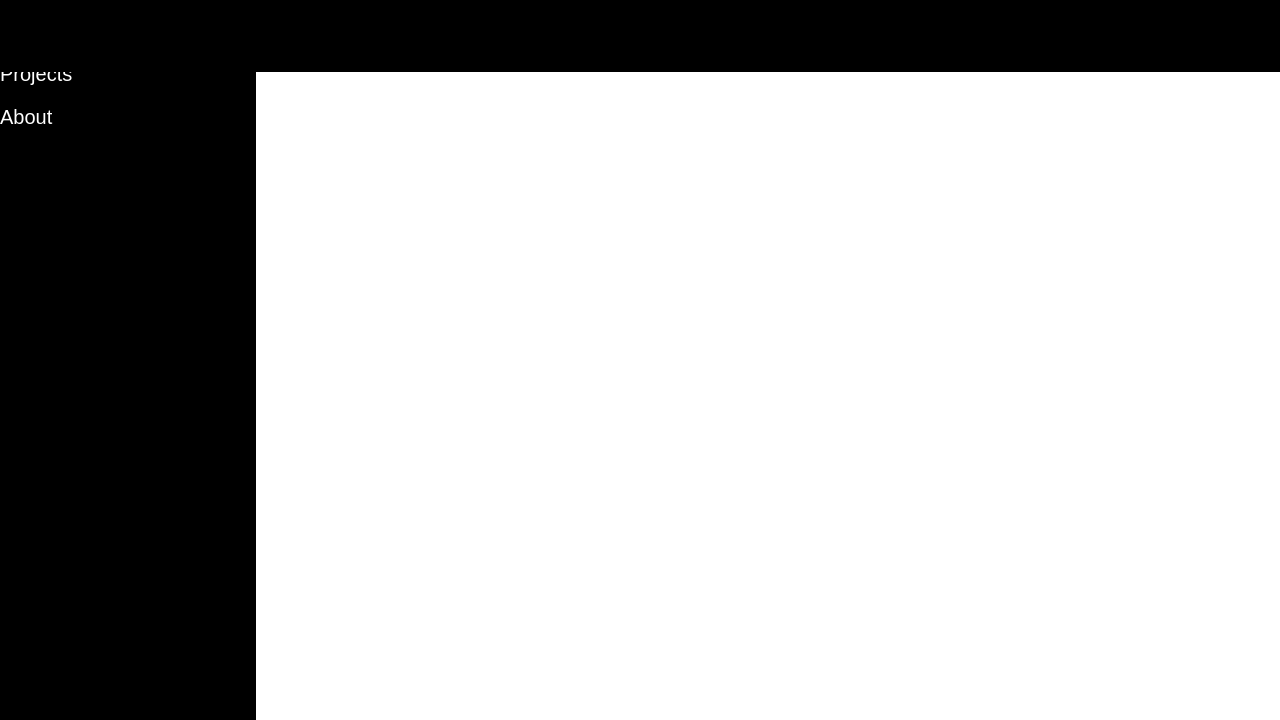
Repository: josephinel6/josephinel6.github.io
Page: index.html
These files come from the project's save history. The page is drawn as it stood at one moment and after the next save; the edit follows.
The browser window is 1280 px wide. The pictures show the whole page.

Above is the page before, as saved 2023-04-04 10:34:38.

### index.html
<!DOCTYPE html>
<html>

<head>
    <style>
        :root.light {
            --color-bg: white;
            --color-menu-text: black;
        }

        :root.dark {
            --color-bg: black;
            --color-menu-text: white;
        }

        /* :root {
            --color-bg: black;
        } */

        html,
        body {
            height: 100%;
            width: 100%;
            margin: 0;
            padding: 0;
        }

        #menu {
            height: 100%;
            width: 20%;
            position: absolute;
            background-color: var(--color-bg);
        }

        #topbar {
            width: 100%;
            height: 10%;
            position: absolute;
            background-color: var(--color-bg);
        }

        .menutext {
            color: var(--color-menu-text);
            font-family: sans-serif;
            font-size: 20px;
        }
    </style>
    <script type="module" src="https://cdn.jsdelivr.net/gh/zerodevx/zero-md@2/dist/zero-md.min.js"></script>
</head>

<body>
    <div id="menu">
        <div>
            <p class="menutext"> Home </p>
            <p class="menutext"> Projects </p>
            <p class="menutext"> About </p>
        </div>
    </div>
    <div id="topbar">

    </div>
    <script>
        window.onload = function () {
            document.documentElement.classList.remove("light")
            document.documentElement.classList.add("dark")
            window.localStorage.setItem('mode', 'dark');
            console.log("dark")
        }

        function openpage(pageName, elmnt) {
            var i, tabcontent, tablinks;
            tabcontent = document.getElementsByClassName("tabcontent");
            for (i = 0; i < tabcontent.length; i++) {
                tabcontent[i].style.display = "none";
            }
            tablinks = document.getElementsByClassName("tablink");
            for (i = 0; i < tablinks.length; i++) {
                tablinks[i].style.backgroundColor = "";
            }
            document.getElementById(pageName).style.display = "block";

            document.body.scrollTop = 0;
            document.documentElement.scrollTop = 0;
            console.log("ducks")
        }
    </script>

</body>

</html>

After the next save:
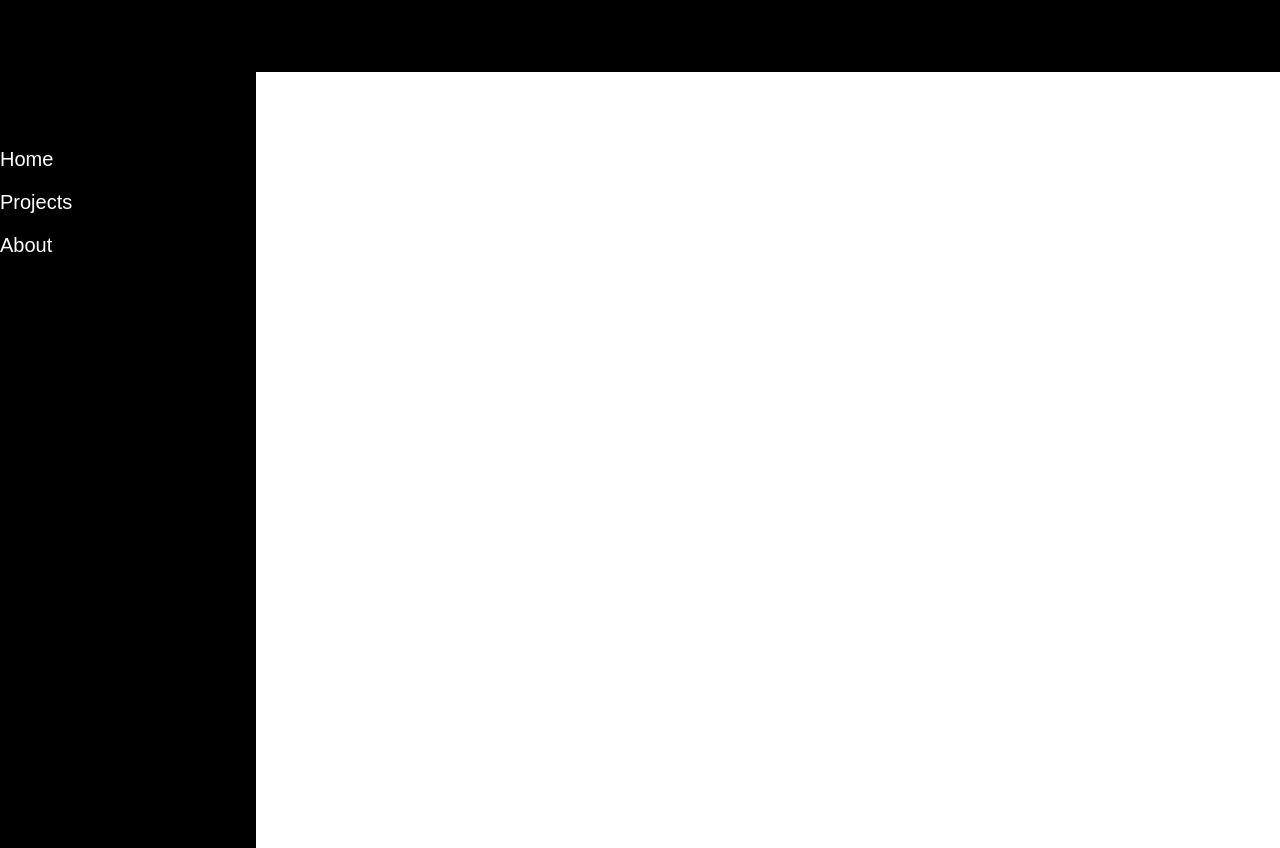
Saved 2 min 27 s later.
--- a/index.html
+++ b/index.html
@@ -49,7 +49,7 @@
 </head>
 
 <body>
-    <div id="menu">
+    <div id="menu" style="padding-top: 10%">
         <div>
             <p class="menutext"> Home </p>
             <p class="menutext"> Projects </p>

After the save that followed:
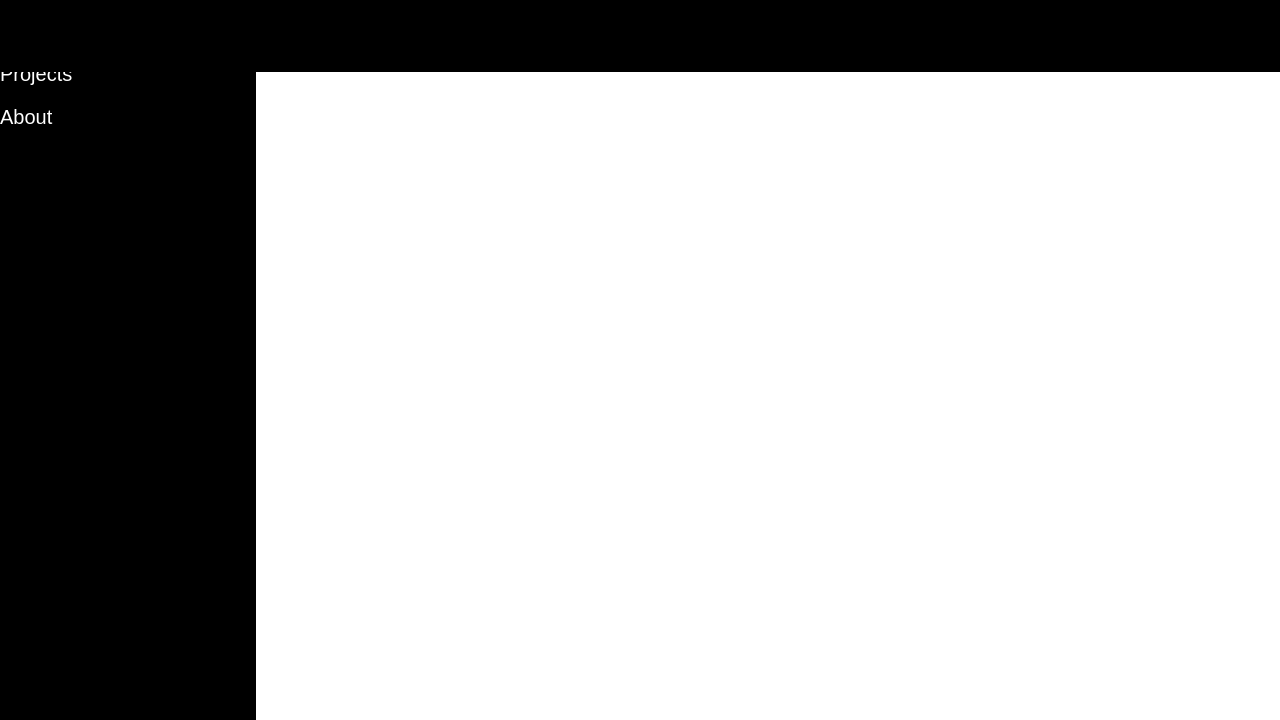
Saved 6 s later.
--- a/index.html
+++ b/index.html
@@ -49,7 +49,7 @@
 </head>
 
 <body>
-    <div id="menu" style="padding-top: 10%">
+    <div id="menu">
         <div>
             <p class="menutext"> Home </p>
             <p class="menutext"> Projects </p>
